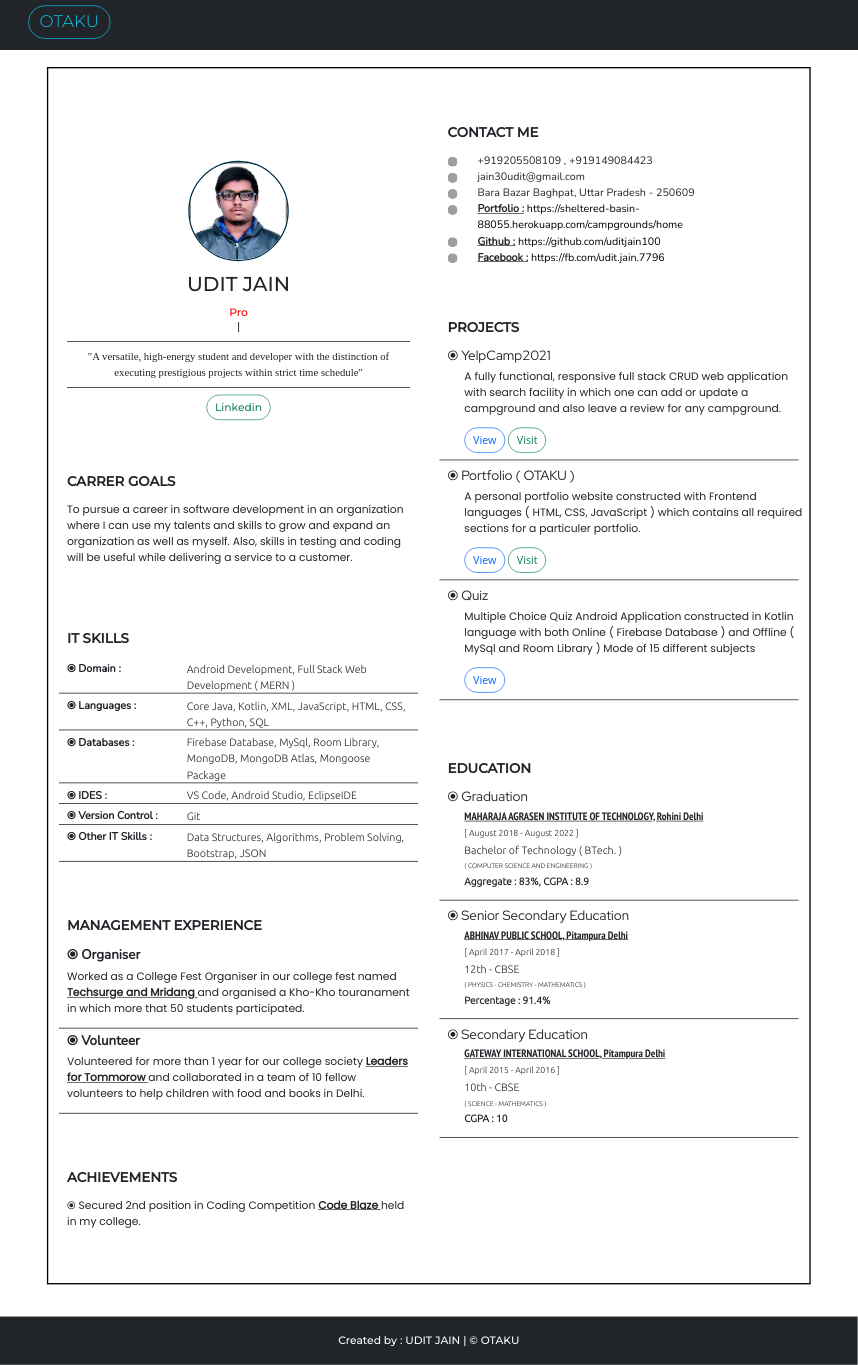
Repository: uditjain100/Responsive-Resume
Page: index.html
The author's editor kept a copy of each file at every save. The page is drawn from the files as they stood at one save, then again after the next save.
The browser window is 1280 px wide. The pictures show the whole page, at 67% of full size.
Pictures or frames that could not be fetched are drawn as grey boxes. Some web fonts or font styles are not loaded; a fallback is used. Some web libraries are served in a nearby version.

Above is the page before, as saved 2021-03-01 23:31:04.

### index.html
<!DOCTYPE html>
<html lang="en">
  <head>
    <meta charset="UTF-8" />
    <meta http-equiv="X-UA-Compatible" content="IE=edge" />
    <meta name="viewport" content="width=device-width, initial-scale=1.0" />
    <title>RESUME : Udit Jain</title>
    <link rel="stylesheet" href="app.css" />
    <script
      src="https://code.jquery.com/jquery-3.5.1.min.js"
      integrity="sha256-9/aliU8dGd2tb6OSsuzixeV4y/faTqgFtohetphbbj0="
      crossorigin="anonymous"
    ></script>
    <link
      href="https://cdn.jsdelivr.net/npm/bootstrap@5.0.0-beta1/dist/css/bootstrap.min.css"
      rel="stylesheet"
      integrity="sha384-giJF6kkoqNQ00vy+HMDP7azOuL0xtbfIcaT9wjKHr8RbDVddVHyTfAAsrekwKmP1"
      crossorigin="anonymous"
    />

    <link rel="preconnect" href="https://fonts.gstatic.com" />
    <link
      href="https://fonts.googleapis.com/css2?family=Montserrat:wght@300;500&display=swap"
      rel="stylesheet"
    />
    <link
      href="https://fonts.googleapis.com/css2?family=Roboto+Slab:wght@300&display=swap"
      rel="stylesheet"
    />
    <link
      href="https://fonts.googleapis.com/css2?family=Spartan:wght@500&display=swap"
      rel="stylesheet"
    />
    <link
      href="https://fonts.googleapis.com/css2?family=Red+Hat+Display&display=swap"
      rel="stylesheet"
    />
    <link
      href="https://fonts.googleapis.com/css2?family=Ubuntu:wght@300&display=swap"
      rel="stylesheet"
    />
    <link
      href="https://fonts.googleapis.com/css2?family=Quicksand:wght@700&display=swap"
      rel="stylesheet"
    />
    <link
      href="https://fonts.googleapis.com/css2?family=Nunito&display=swap"
      rel="stylesheet"
    />
    <link
      href="https://fonts.googleapis.com/css2?family=Akaya+Kanadaka&display=swap"
      rel="stylesheet"
    />
    <link
      href="https://fonts.googleapis.com/css2?family=Akaya+Kanadaka&family=PT+Sans+Narrow:wght@700&display=swap"
      rel="stylesheet"
    />
    <link
      href="https://fonts.googleapis.com/css2?family=Poppins:wght@400&display=swap"
      rel="stylesheet"
    />
  </head>
  <body>
    <header class="header">
      <nav class="navbar navbar-expand-lg navbar-light bg-dark pb-3 fixed-top">
        <div class="container-fluid">
          <a
            id="navtitle"
            class="navbar-brand text-info px-3 rounded-pill border border-info"
            href="#"
            >OTAKU</a
          >
        </div>
      </nav>
    </header>

    <div class="container">
      <div id="wholewindow" class="row">
        <div id="leftwindow" class="col-6">
          <div id="namebox" style="border: none" class="card my-5">
            <img
              id="profileimg"
              src="profile.jpg"
              class="card-img-top"
              alt="..."
            />
            <div class="card-body">
              <h3 class="card-title" style="font-size: 30px; font-weight: 400">
                UDIT JAIN
              </h3>
              <h6 class="card-subtitle mx-auto"></h6>
              <p id="summary">
                "A versatile, high-energy student and developer with the
                distinction of executing prestigious projects within strict time
                schedule"
              </p>
              <a
                href="https://linkedin.com/in/udit-jain-8a38a016a/"
                class="btn btn-outline-success rounded-pill"
                >Linkedin</a
              >
            </div>
          </div>
          <div id="goalbox" style="border: none" class="card my-5">
            <div class="card-body">
              <h3 class="card-title">CARRER GOALS</h3>
              <p>
                To pursue a career in software development in an organization
                where I can use my talents and skills to grow and expand an
                organization as well as myself. Also, skills in testing and
                coding will be useful while delivering a service to a customer.
              </p>
            </div>
          </div>
          <div id="itskillsbox" style="border: none" class="card my-5">
            <div class="card-body">
              <h3 class="card-title">IT SKILLS</h3>
              <ul class="list-group">
                <li id="itskillsitem" class="row">
                  <span class="col-4" id="que">⦿ Domain : </span>
                  <span class="col-8" id="ans"
                    >Android Development, Full Stack Web Development ( MERN
                    )</span
                  >
                </li>
                <li id="itskillsitem" class="row">
                  <span class="col-4" id="que">⦿ Languages : </span>
                  <span class="col-8" id="ans"
                    >Core Java, Kotlin, XML, JavaScript, HTML, CSS, C++, Python,
                    SQL</span
                  >
                </li>
                <li id="itskillsitem" class="row">
                  <span class="col-4" id="que">⦿ Databases : </span>
                  <span class="col-8" id="ans"
                    >Firebase Database, MySql, Room Library, MongoDB, MongoDB
                    Atlas, Mongoose Package</span
                  >
                </li>
                <li id="itskillsitem" class="row">
                  <span class="col-4" id="que">⦿ IDES : </span>
                  <span class="col-8" id="ans"
                    >VS Code, Android Studio, EclipseIDE</span
                  >
                </li>
                <li id="itskillsitem" class="row">
                  <span class="col-4" id="que">⦿ Version Control : </span>
                  <span class="col-8" id="ans">Git</span>
                </li>
                <li id="itskillsitem" class="row">
                  <span class="col-4" id="que">⦿ Other IT Skills : </span>
                  <span class="col-8" id="ans"
                    >Data Structures, Algorithms, Problem Solving, Bootstrap,
                    JSON</span
                  >
                </li>
              </ul>
            </div>
          </div>
          <div id="managementskillsbox" style="border: none" class="card my-5">
            <div class="card-body">
              <h3 class="card-title">MANAGEMENT EXPERIENCE</h3>
              <ul class="list-group">
                <li id="managementskillsitem" class="row">
                  <h5 id="que" class="display-10">⦿ Organiser</h5>
                  <p>
                    Worked as a College Fest Organiser in our college fest named
                    <span style="font-weight: 700; text-decoration: underline"
                      >Techsurge and Mridang
                    </span>
                    and organised a Kho-Kho touranament in which more that 50
                    students participated.
                  </p>
                </li>
                <li id="managementskillsitem" class="row">
                  <h5 id="que" class="display-10">⦿ Volunteer</h5>
                  <p>
                    Volunteered for more than 1 year for our college society
                    <span style="font-weight: 700; text-decoration: underline"
                      >Leaders for Tommorow </span
                    >and collaborated in a team of 10 fellow volunteers to help
                    children with food and books in Delhi.
                  </p>
                </li>
              </ul>
            </div>
          </div>
          <div id="achievementsbox" style="border: none" class="card my-5">
            <div class="card-body">
              <h3 class="card-title">ACHIEVEMENTS</h3>
              <ul class="list-group">
                <li id="achievementitem" class="row">
                  <p>
                    ⦿ Secured 2nd position in Coding Competition
                    <span style="font-weight: 700; text-decoration: underline"
                      >Code Blaze
                    </span>
                    held in my college.
                  </p>
                </li>
              </ul>
            </div>
          </div>
        </div>
        <div id="rightwindow" class="col-6">
          <div id="contactbox" style="border: none" class="card my-5">
            <div class="card-body">
              <h3 class="card-title">CONTACT ME</h3>
              <ul class="list-group">
                <li id="contactitem" class="row">
                  <div class="col-1">
                    <img
                      src="https://cdn.jsdelivr.net/npm/simple-icons@3.0.1/icons/android.svg"
                      alt=""
                    />
                  </div>
                  <div class="col-11">+919205508109 , +919149084423</div>
                </li>
                <li id="contactitem" class="row">
                  <div class="col-1">
                    <img
                      src="https://cdn.jsdelivr.net/npm/simple-icons@3.0.1/icons/gmail.svg"
                      alt=""
                    />
                  </div>
                  <div class="col-11">jain30udit@gmail.com</div>
                </li>
                <li id="contactitem" class="row">
                  <div class="col-1">
                    <img
                      src="https://cdn.jsdelivr.net/npm/simple-icons@3.0.1/icons/googlemaps.svg"
                      alt=""
                    />
                  </div>
                  <div class="col-11">
                    Bara Bazar Baghpat, Uttar Pradesh - 250609
                  </div>
                </li>
                <li id="contactitem" class="row">
                  <div class="col-1">
                    <img
                      src="https://cdn.jsdelivr.net/npm/simple-icons@4.13.0/icons/webpack.svg"
                      alt=""
                    />
                  </div>
                  <div style="text-align: left; margin-left: 0" class="col-11">
                    <span style="text-decoration: underline; font-weight: 800"
                      >Portfolio :</span
                    >
                    <a
                      href="https://sheltered-basin-88055.herokuapp.com/campgrounds/home"
                      ><span
                        >https://sheltered-basin-88055.herokuapp.com/campgrounds/home</span
                      ></a
                    >
                  </div>
                </li>
                <li id="contactitem" class="row">
                  <div class="col-1">
                    <img
                      src="https://cdn.jsdelivr.net/npm/simple-icons@4.13.0/icons/github.svg"
                      alt=""
                    />
                  </div>
                  <div style="text-align: left; margin-left: 0" class="col-11">
                    <span style="text-decoration: underline; font-weight: 800"
                      >Github :</span
                    >
                    <a href="https://github.com/uditjain100"
                      ><span>https://github.com/uditjain100</span></a
                    >
                  </div>
                </li>
                <li id="contactitem" class="row">
                  <div class="col-1">
                    <img
                      src="https://cdn.jsdelivr.net/npm/simple-icons@4.13.0/icons/facebook.svg"
                      alt=""
                    />
                  </div>
                  <div style="text-align: left; margin-left: 0" class="col-11">
                    <span style="text-decoration: underline; font-weight: 800"
                      >Facebook :</span
                    >
                    <a href="https://fb.com/udit.jain.7796"
                      ><span>https://fb.com/udit.jain.7796</span></a
                    >
                  </div>
                </li>
              </ul>
            </div>
          </div>
          <div id="projectbox" style="border: none" class="card my-5">
            <div class="card-body">
              <h3 class="card-title">PROJECTS</h3>
              <ul class="list-group">
                <li id="projectitem" class="row">
                  <h5 id="projecttitle" class="display-10">⦿ YelpCamp2021</h5>
                  <div id="projectdetails">
                    <p>
                      A fully functional, responsive full stack CRUD web
                      application with search facility in which one can add or
                      update a campground and also leave a review for any
                      campground.
                    </p>
                    <span>
                      <a
                        href="https://github.com/uditjain100/YelpCamp2021"
                        class="btn btn-outline-primary rounded-pill"
                        >View</a
                      >
                      <a
                        href="https://sheltered-basin-88055.herokuapp.com/campgrounds/home"
                        class="btn btn-outline-success rounded-pill"
                        >Visit</a
                      >
                    </span>
                  </div>
                </li>
                <li id="projectitem" class="row">
                  <h5 id="projecttitle" class="display-10">
                    ⦿ Portfolio ( OTAKU )
                  </h5>
                  <div id="projectdetails">
                    <p>
                      A personal portfolio website constructed with Frontend
                      languages ( HTML, CSS, JavaScript ) which contains all
                      required sections for a particuler portfolio.
                    </p>
                    <span>
                      <a
                        href="https://github.com/uditjain100/Portfolio"
                        class="btn btn-outline-primary rounded-pill"
                        >View</a
                      >
                      <a
                        href="https://sheltered-basin-88055.herokuapp.com/campgrounds/home"
                        class="btn btn-outline-success rounded-pill"
                        >Visit</a
                      >
                    </span>
                  </div>
                </li>
                <li id="projectitem" class="row">
                  <h5 id="projecttitle" class="display-10">⦿ Quiz</h5>
                  <div id="projectdetails">
                    <p>
                      Multiple Choice Quiz Android Application constructed in
                      Kotlin language with both Online ( Firebase Database ) and
                      Offline ( MySql and Room Library ) Mode of 15 different
                      subjects
                    </p>
                    <span>
                      <a
                        href="https://github.com/uditjain100/Quiz"
                        class="btn btn-outline-primary rounded-pill"
                        >View</a
                      >
                    </span>
                  </div>
                </li>
              </ul>
            </div>
          </div>
          <div id="educationbox" style="border: none" class="card my-5">
            <div class="card-body">
              <h3 class="card-title">EDUCATION</h3>
              <ul class="list-group">
                <li id="educationitem" class="row">
                  <h5 id="educationtitle" class="display-10">⦿ Graduation</h5>
                  <div id="details" style="margin-left: 25px">
                    <h6
                      id="institutename"
                      style="font-family: 'PT Sans Narrow'"
                      class="display-12"
                    >
                      MAHARAJA AGRASEN INSTITUTE OF TECHNOLOGY, Rohini Delhi
                    </h6>
                    <h6
                      class="text-fade"
                      id="timestamp"
                      style="font-weight: 400"
                    >
                      [ August 2018 - August 2022 ]
                    </h6>
                    <h6 id="stream">Bachelor of Technology ( BTech. )</h6>
                    <h6 id="subjects">( COMPUTER SCIENCE AND ENGINEERING )</h6>
                    <h6 id="marks">Aggregate : 83%, CGPA : 8.9</h6>
                  </div>
                </li>
                <li id="educationitem" class="row">
                  <h5 id="educationtitle" class="display-10">
                    ⦿ Senior Secondary Education
                  </h5>
                  <div id="details" style="margin-left: 25px">
                    <h6
                      id="institutename"
                      style="font-family: 'PT Sans Narrow'"
                      class="display-12"
                    >
                      ABHINAV PUBLIC SCHOOL, Pitampura Delhi
                    </h6>
                    <h6
                      class="text-fade"
                      id="timestamp"
                      style="font-weight: 400"
                    >
                      [ April 2017 - April 2018 ]
                    </h6>
                    <h6 id="stream">12th - CBSE</h6>
                    <h6 id="subjects">( PHYSICS - CHEMISTRY - MATHEMATICS )</h6>
                    <h6 id="marks">Percentage : 91.4%</h6>
                  </div>
                </li>
                <li id="educationitem" class="row">
                  <h5 id="educationtitle" class="display-10">
                    ⦿ Secondary Education
                  </h5>
                  <div id="details" style="margin-left: 25px">
                    <h6
                      id="institutename"
                      style="font-family: 'PT Sans Narrow'"
                      class="display-12"
                    >
                      GATEWAY INTERNATIONAL SCHOOL, Pitampura Delhi
                    </h6>
                    <h6
                      class="text-fade"
                      id="timestamp"
                      style="font-weight: 400"
                    >
                      [ April 2015 - April 2016 ]
                    </h6>
                    <h6 id="stream">10th - CBSE</h6>
                    <h6 id="subjects">( SCIENCE - MATHEMATICS )</h6>
                    <h6 id="marks">CGPA : 10</h6>
                  </div>
                </li>
              </ul>
            </div>
          </div>
        </div>
      </div>
    </div>

    <footer class="footer bg-dark mt-5 py-4">
      <div class="container">
        <span class="" style="text-align: center"
          >Created by : UDIT JAIN | &copy; OTAKU</span
        >
      </div>
    </footer>

    <script
      src="https://cdn.jsdelivr.net/npm/@popperjs/core@2.6.0/dist/umd/popper.min.js"
      integrity="sha384-KsvD1yqQ1/1+IA7gi3P0tyJcT3vR+NdBTt13hSJ2lnve8agRGXTTyNaBYmCR/Nwi"
      crossorigin="anonymous"
    ></script>
    <script
      src="https://cdn.jsdelivr.net/npm/bootstrap@5.0.0-beta2/dist/js/bootstrap.min.js"
      integrity="sha384-nsg8ua9HAw1y0W1btsyWgBklPnCUAFLuTMS2G72MMONqmOymq585AcH49TLBQObG"
      crossorigin="anonymous"
    ></script>

    <script src="https://cdnjs.cloudflare.com/ajax/libs/typed.js/2.0.11/typed.min.js"></script>

    <script src="app.js"></script>
  </body>
</html>

### app.css
/* * Common Section */

@keyframes transitionIn {
  from {
    opacity: 0;
    transform: rotateY(-10deg);
  }
  to {
    opacity: 1;
    transform: rotateY(0);
  }
}

html {
  animation: transitionIn 1s;
}

/* * Navbar Section */

#navtitle {
  font-family: "Montserrat";
  font-size: 25px;
  font-weight: 300;
  margin-left: 30px;
}

/*  ********************* resume work */

#wholewindow {
  margin-top: 100px;
  border: 2px black solid;
  display: flex;
  flex-direction: row;
  flex-wrap: wrap;
  justify-content: space-evenly;
  /* align-items: center; */
}

#leftwindow {
  margin-top: 80px;
  min-width: 250px;
}

#rightwindow {
  margin-top: 20px;
  min-width: 250px;
}

#namebox {
  display: flex;
  flex-direction: column;
  flex-wrap: wrap;
  align-items: center;
  text-align: center;
  font-family: "Montserrat";
}

#profileimg {
  width: 150px;
  height: 150px;
  border-radius: 50%;
  border: 2px #003049 solid;
  margin-top: 10px;
}
#summary {
  font-family: "Akaya Kanadaka";
  margin-top: 10px;
  margin-bottom: 10px;
  padding-top: 10px;
  padding-bottom: 10px;

  border-bottom: 1px black solid;
  border-top: 1px black solid;
}

.card-subtitle {
  color: red;
}

#itskillsitem,
#managementskillsitem {
  border-bottom: 1px black solid;
  margin-top: 3px;
  margin-bottom: 3px;
}

#que {
  font-family: "Nunito";
  font-weight: 900;
  text-align: left;
}

#ans {
  font-family: "Ubuntu";
  font-weight: 400;
  text-align: left;
}

li img {
  width: 15px;
  height: 15px;
  border-radius: 50%;
  margin-right: 5px;
}

#contactitem {
  font-family: "Nunito";
}

#contactitem div a {
  color: black;
  text-decoration: none;
  transition: 0.3s;
}

#contactitem div a:hover {
  color: dodgerblue;
  text-decoration: underline;
}

#educationtitle {
  font-family: "Red Hat Display";
  font-weight: 200;
}

#educationitem,
#projectitem {
  margin-bottom: 10px;
  padding-bottom: 10px;
  border-bottom: 1px black solid;
}

#details {
  font-family: "Ubuntu";
}

#institutename {
  text-decoration: underline;
}

#timestamp {
  font-size: 13px;
}

#stream {
  font-size: 16px;
  font-weight: 400;
}

#subjects {
  font-size: 10px;
  font-weight: 300;
}

#marks {
  font-size: 15px;
  font-weight: 700;
}

#projecttitle {
  font-family: "Red Hat Display";
  font-weight: 400;
}

#projectdetails {
  margin-left: 25px;
}

p {
  font-family: "Poppins";
}

.card {
  background-color: black;
}

.card-title {
  font-family: "Montserrat";
  font-weight: 900;
  font-size: 20px;
  padding-bottom: 10px;
  border: none;
}

/* * Common Section */

.footer {
  position: -webkit-sticky;
  left: 0;
  bottom: 0;
  width: 100%;
  color: white;
  text-align: center;
  font-family: "Montserrat";
}

### app.js
var typed = new Typed(".card-subtitle", {
  strings: ["Student", "Programmer", "Developer", "Engineer"],
  typeSpeed: 100,
  backSpeed: 60,
  loop: true,
});

After the next save:
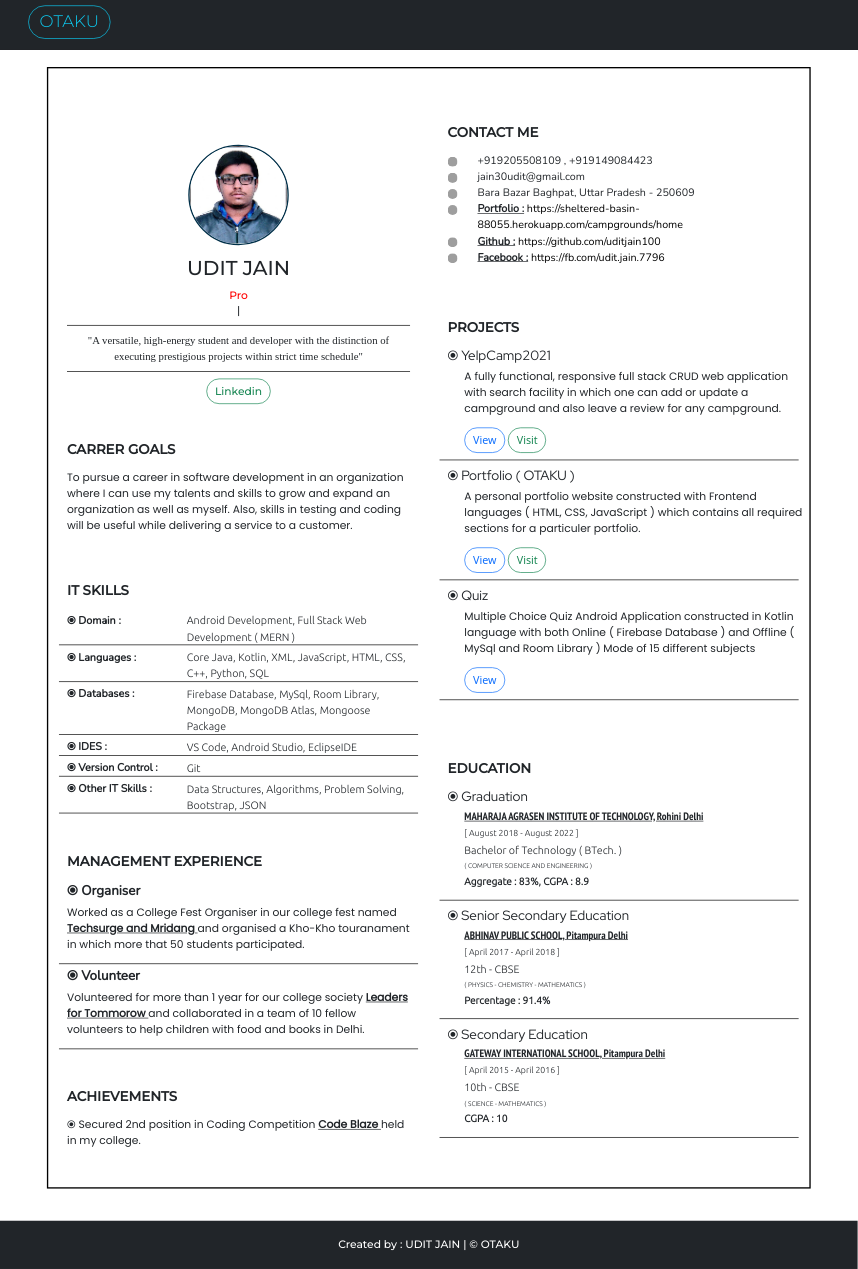
Saved 23 s later.
--- a/index.html
+++ b/index.html
@@ -77,7 +77,7 @@
     <div class="container">
       <div id="wholewindow" class="row">
         <div id="leftwindow" class="col-6">
-          <div id="namebox" style="border: none" class="card my-5">
+          <div id="namebox" style="border: none" class="card my-4">
             <img
               id="profileimg"
               src="profile.jpg"
@@ -101,7 +101,7 @@
               >
             </div>
           </div>
-          <div id="goalbox" style="border: none" class="card my-5">
+          <div id="goalbox" style="border: none" class="card my-4">
             <div class="card-body">
               <h3 class="card-title">CARRER GOALS</h3>
               <p>
@@ -112,7 +112,7 @@
               </p>
             </div>
           </div>
-          <div id="itskillsbox" style="border: none" class="card my-5">
+          <div id="itskillsbox" style="border: none" class="card my-4">
             <div class="card-body">
               <h3 class="card-title">IT SKILLS</h3>
               <ul class="list-group">
@@ -157,7 +157,7 @@
               </ul>
             </div>
           </div>
-          <div id="managementskillsbox" style="border: none" class="card my-5">
+          <div id="managementskillsbox" style="border: none" class="card my-4">
             <div class="card-body">
               <h3 class="card-title">MANAGEMENT EXPERIENCE</h3>
               <ul class="list-group">
@@ -185,7 +185,7 @@
               </ul>
             </div>
           </div>
-          <div id="achievementsbox" style="border: none" class="card my-5">
+          <div id="achievementsbox" style="border: none" class="card my-4">
             <div class="card-body">
               <h3 class="card-title">ACHIEVEMENTS</h3>
               <ul class="list-group">
